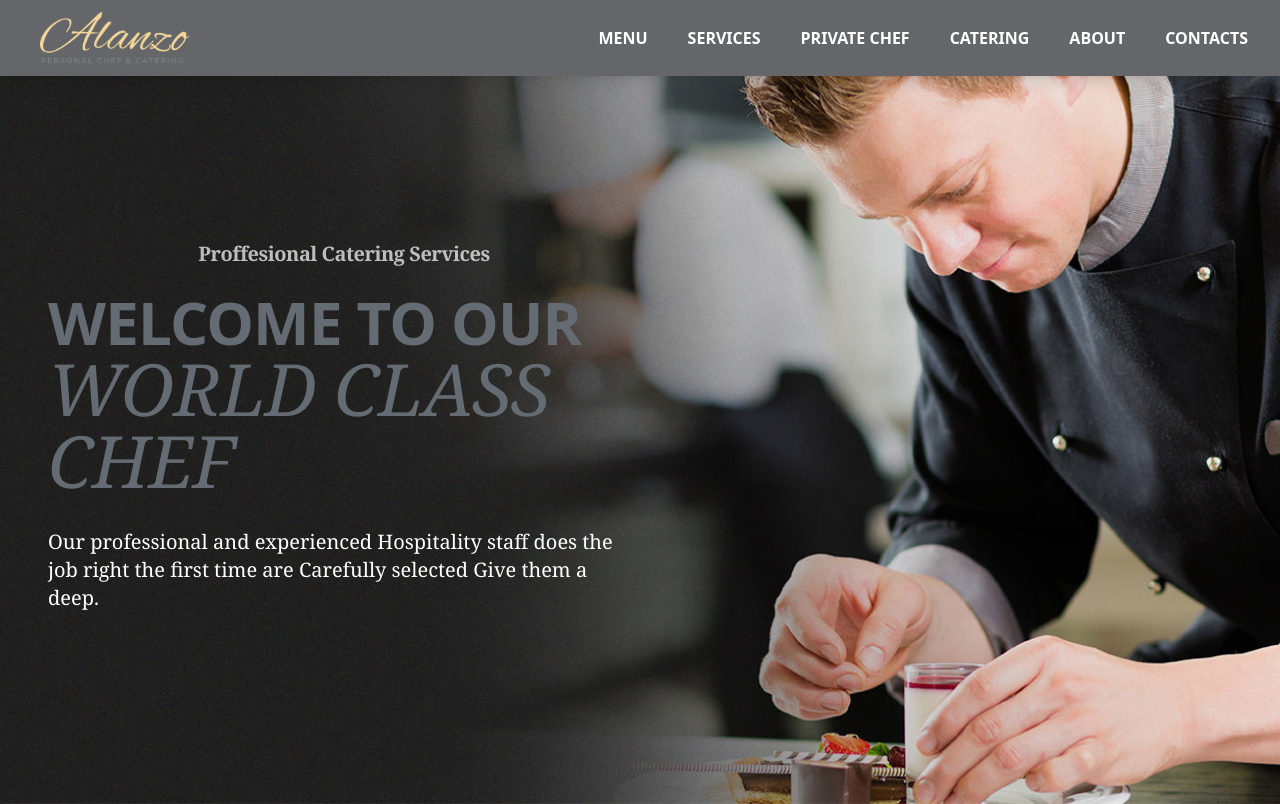
Repository: remydev47/alanzo
Page: /
The author's editor kept a copy of each file at every save. The page is drawn from the files as they stood at one save, then again after the next save.
The browser window is 1280 px wide. The pictures show the whole page.
The project was rebuilt for these pictures with package versions that can differ from the ones it lists, and the page was loaded fresh each time. The framework's server and built-in components were replaced by stand-ins that run in the browser. Also part of the build but not shown: next.config.js.

Above is the page before, as saved 2022-12-17 11:09:58.

After the next save:
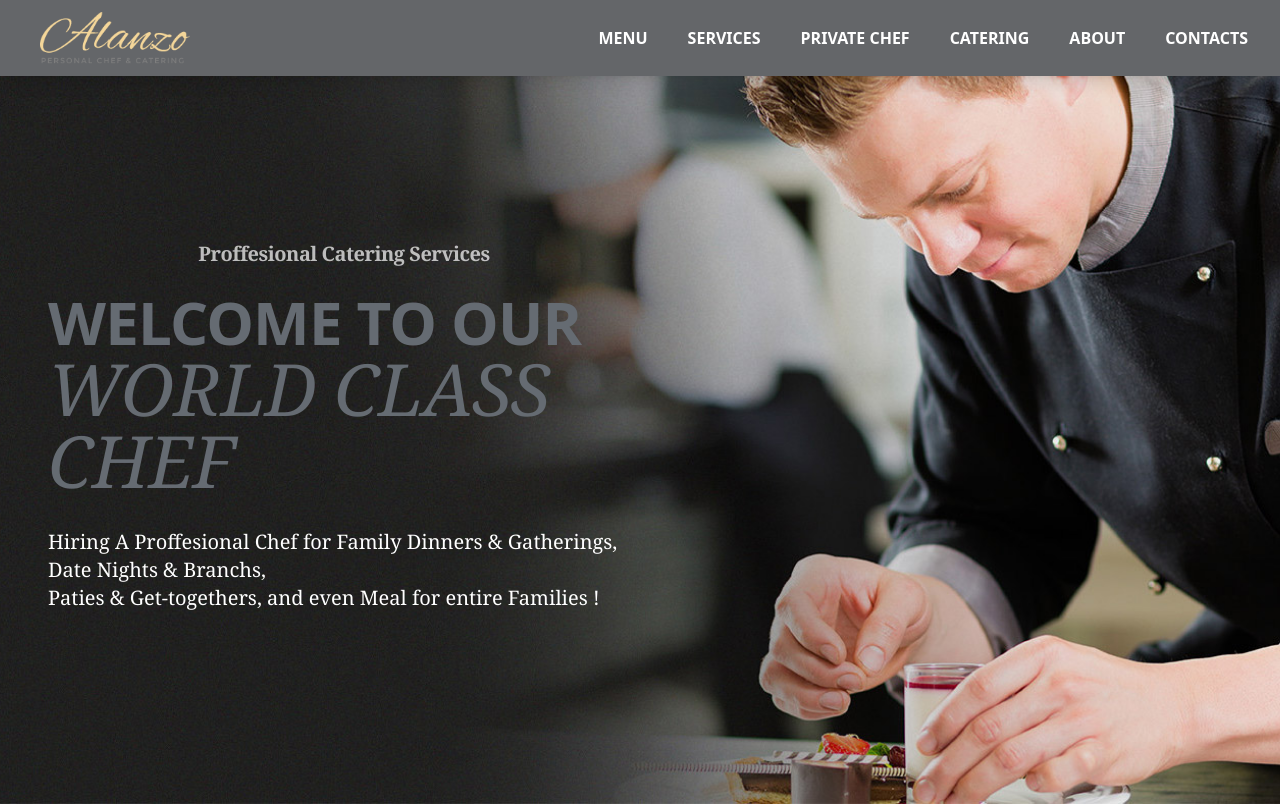
Saved 3 min 8 s later.
--- a/components/Hero.tsx
+++ b/components/Hero.tsx
@@ -15,7 +15,8 @@ const Hero = () => {
           <span className="font-serif italic font-BOLD text-7xl">WORLD CLASS CHEF</span>
         </p>
         <p className="mt-8 font-erif text-xl font-serif text-[#fff]">
-         Our professional and experienced Hospitality staff does the job right the first time are Carefully selected Give them a deep.
+          Hiring A Proffesional Chef for Family Dinners & Gatherings, Date Nights & Branchs, <br />
+          Paties & Get-togethers, and even Meal for entire Families !
         </p>
       </div>
     </div>
